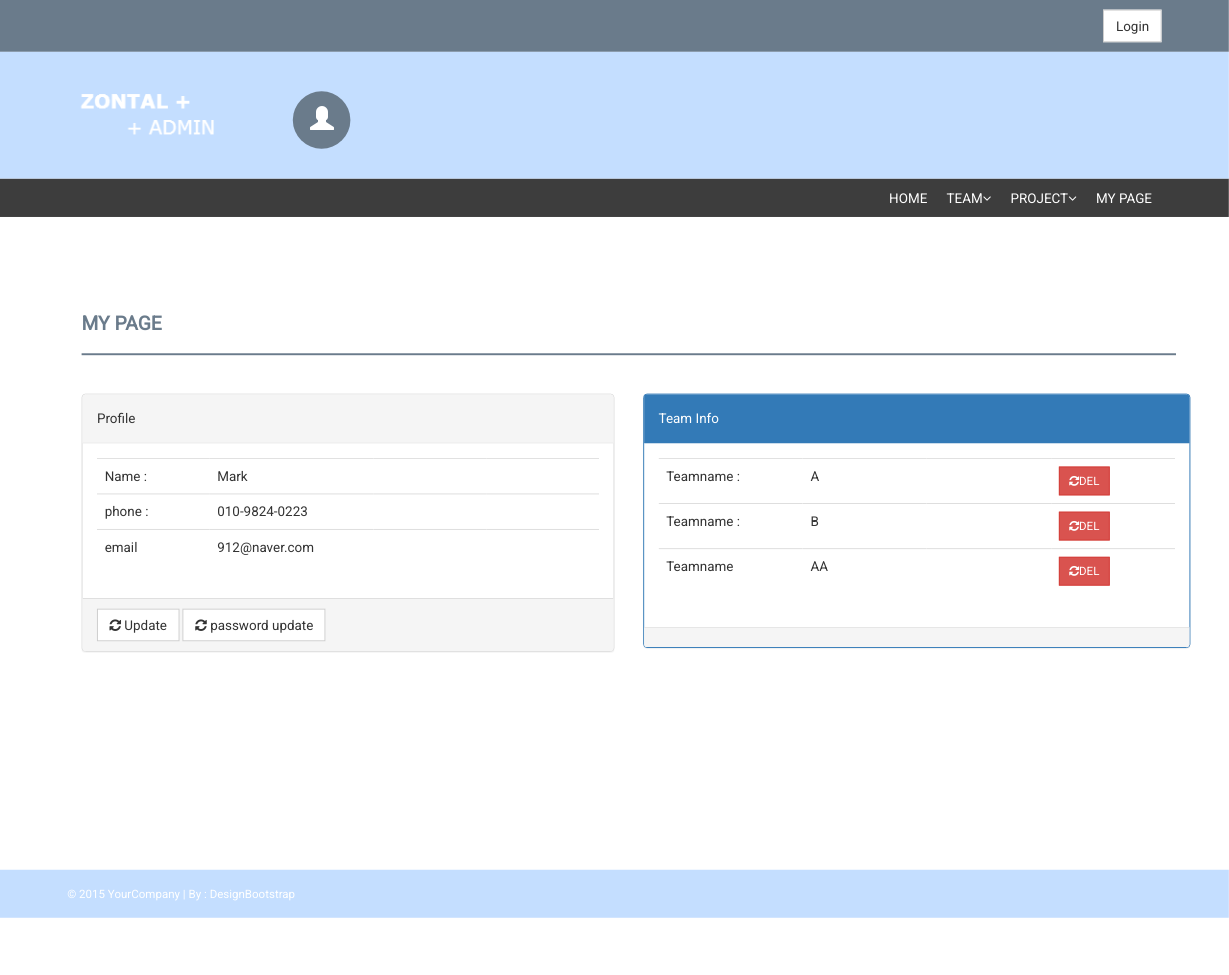
Repository: hwju91/skuniv
Page: http://localhost/0903.2/WEB-INF/jsp/mypage.jsp
These files come from the project's save history. The page is drawn as it stood at one moment and after the next save; the edit follows.
The browser window is 1280 px wide. The pictures show the whole page, at 96% of full size.
The page is served by Tomcat 9. Nobody is signed in. Other server files are loaded and not shown. The template is opened directly, without the code that normally fills it, so the values that code supplies are empty.

Above is the page before, as saved 2016-09-06 10:30:52.

### 0903.2/WebContent/WEB-INF/jsp/mypage.jsp
<%@ page language="java" contentType="text/html; charset=UTF-8"
	pageEncoding="UTF-8"%>
<jsp:include page="header_index.jsp" />
<jsp:include page="nav.jsp" />
<jsp:include page="menu_mypage.jsp" />


 <div class="content-wrapper">
            <div class="container">

            <div class="row">
				<div class="col-md-12">
					<h1 class="page-head-line">My page</h1>
				</div>
			</div>


			 <div class="row">
                <div class="col-md-6 col-sm-6">
                    <div class="panel panel-default">
                        <div class="panel-heading">
                            Profile
                        </div>
                        <div class="panel-body">
                            <div class="table-responsive">
                                <table class="table">
                                    <thead>
                                        <!-- <tr>
                                            <th>#</th>
                                            <th>First Name</th>
                                            <th>Last Name</th>
                                            <th>Username</th>
                                        </tr> -->
                                    </thead>
                                    <tbody>
                                        <tr>
                                            <td>Name :</td>
                                            <td>Mark</td>
                                            <td> </td>
                                            <td> </td>
                                        </tr>
                                        <tr>
                                            <td>phone : </td>
                                            <td>010-9824-0223</td>
                                            <td></td>
                                            <td></td>
                                        </tr>
                                        <tr>
                                            <td>email</td>
                                            <td>912@naver.com</td>
                                            <td></td>
                                            <td></td>
                                        </tr>

                                    </tbody>
                                </table>
                            </div>
                        </div>


                        <div class="panel-footer">
                            <a href="#" class="btn btn-default"><i class=" fa fa-refresh "></i> Update</a>
                            <a href="#" class="btn btn-default"><i class=" fa fa-refresh "></i> password update</a>
                        </div>
                    </div>

                </div>
                <div class="row">
                <div class="col-md-6 col-sm-6">
                    <div class="panel panel-primary">
                        <div class="panel-heading">
                            	Team Info
                        </div>
                         <div class="panel-body">
                            <div class="table-responsive">
                                <table class="table">
                                    <thead>
                                        <!-- <tr>
                                            <th>#</th>
                                            <th>First Name</th>
                                            <th>Last Name</th>
                                            <th>Username</th>
                                        </tr> -->
                                    </thead>
                                    <tbody>
                                        <tr>
                                            <td>Teamname :</td>
                                            <td>A</td>
                                            <td> </td>
                                            <td>  <a href="#" class="btn btn-danger btn-sm"><i class=" fa fa-refresh "></i>DEL</a></td>
                                        </tr>
                                        <tr>
                                            <td>Teamname : </td>
                                            <td>B</td>
                                            <td></td>
                                            <td><a href="#" class="btn btn-danger btn-sm"><i class=" fa fa-refresh "></i>DEL</a></td>
                                        </tr>
                                        <tr>
                                            <td>Teamname</td>
                                            <td>AA</td>
                                            <td></td>
                                            <td><a href="#" class="btn btn-danger btn-sm"><i class=" fa fa-refresh "></i>DEL</a></td>
                                        </tr>

                                    </tbody>
                                </table>
                            </div>
                        </div>
                        <div class="panel-footer">
                        </div>
                    </div>
                </div>
                </div>
               <!--  <div class="col-md-6 col-sm-6">
                    <div class="panel panel-success">
                        <div class="panel-heading">
                            message
                        </div>

                        <div class="panel-footer">
                            Panel Footer
                        </div>
                    </div>
                </div> -->


            <!-- <div class="row">
                <div class="col-md-10 col-sm-10">
                    <div class="panel panel-default">
                        <div class="panel-heading">
                            Basic Tabs
                        </div>
                        <div class="panel-body">
                            <ul class="nav nav-tabs">
                                <li class="active"><a href="#team" data-toggle="tab">Home</a>
                                </li>
                                <li class=""><a href="#profile" data-toggle="tab">Profile</a>
                                </li>
                                <li class=""><a href="#messages" data-toggle="tab">Messages</a>
                                </li>
                                <li class=""><a href="#settings" data-toggle="tab">Settings</a>
                                </li>
                            </ul>

                            <div class="tab-content">
                                <div class="tab-pane fade active in" id="team">
                                    <h4>Home Tab</h4>
                                    <p>Lorem ipsum dolor sit amet, consectetur adipisicing elit, sed do eiusmod tempor incididunt ut labore et dolore magna aliqua. Ut enim ad minim veniam, quis nostrud exercitation ullamco laboris nisi ut aliquip ex ea commodo consequat. Duis aute irure dolor in reprehenderit in voluptate velit esse cillum dolore eu fugiat nulla pariatur. Excepteur sint occaecat cupidatat non proident, sunt in culpa qui officia deserunt mollit anim id est laborum.</p>
                                </div>
                                <div class="tab-pane fade" id="profile">
                                    <h4>Profile Tab</h4>
                                    <p>Lorem ipsum dolor sit amet, consectetur adipisicing elit, sed do eiusmod tempor incididunt ut labore et dolore magna aliqua. Ut enim ad minim veniam, quis nostrud exercitation ullamco laboris nisi ut aliquip ex ea commodo consequat. Duis aute irure dolor in reprehenderit in voluptate velit esse cillum dolore eu fugiat nulla pariatur. Excepteur sint occaecat cupidatat non proident, sunt in culpa qui officia deserunt mollit anim id est laborum.</p>
                                </div>
                                <div class="tab-pane fade" id="messages">
                                    <h4>Messages Tab</h4>
                                    <p>Lorem ipsum dolor sit amet, consectetur adipisicing elit, sed do eiusmod tempor incididunt ut labore et dolore magna aliqua. Ut enim ad minim veniam, quis nostrud exercitation ullamco laboris nisi ut aliquip ex ea commodo consequat. Duis aute irure dolor in reprehenderit in voluptate velit esse cillum dolore eu fugiat nulla pariatur. Excepteur sint occaecat cupidatat non proident, sunt in culpa qui officia deserunt mollit anim id est laborum.</p>
                                </div>
                                <div class="tab-pane fade" id="settings">
                                    <h4>Settings Tab</h4>
                                    <p>Lorem ipsum dolor sit amet, consectetur adipisicing elit, sed do eiusmod tempor incididunt ut labore et dolore magna aliqua. Ut enim ad minim veniam, quis nostrud exercitation ullamco laboris nisi ut aliquip ex ea commodo consequat. Duis aute irure dolor in reprehenderit in voluptate velit esse cillum dolore eu fugiat nulla pariatur. Excepteur sint occaecat cupidatat non proident, sunt in culpa qui officia deserunt mollit anim id est laborum.</p>
                                </div>
                            </div>
                        </div>
                    </div>
                </div>

            </div> -->


        </div><!-- container end -->
    </div><!-- content-wrapper  -->



<jsp:include page="footer.jsp" />

### 0903.2/WebContent/WEB-INF/jsp/header_index.jsp
<%@ page language="java" contentType="text/html; charset=UTF-8"
    pageEncoding="UTF-8"%>
<!DOCTYPE html PUBLIC "-//W3C//DTD HTML 4.01 Transitional//EN" "http://www.w3.org/TR/html4/loose.dtd">
<html>
<head>
    <title>Winder</title>

    <link href="css/bootstrap.css" rel="stylesheet" />
    <link href="css/font-awesome.css" rel="stylesheet" />
    <link href="css/style.css" rel="stylesheet" />

	<style>
		.carousel-inner > .item > img,
		.carousel-inner > .item > a > img {
	      width: 90%;
	      height: 500px;
	      margin: auto;
	    }
	</style>

</head>
</head>

### 0903.2/WebContent/WEB-INF/jsp/nav.jsp
<%@ page language="java" contentType="text/html; charset=UTF-8"
    pageEncoding="UTF-8"%>
<body>
    <header>
        <div class="container">
            <div class="row">
                <div class="col-md-12">
                    <!-- <strong>Email: </strong>info@yourdomain.com
                    &nbsp;&nbsp;
                    <strong>Support: </strong>+90-897-678-44 -->
                    <%
                    if("loginok".equals((String)session.getAttribute("loginchk"))){
                    	%>
                    	<a class="btn btn-default" href="logout">Logout</a>
                    <%}
                    else{
                    %>
                    	<a class="btn btn-default" href="login">Login</a>
                    <% }%>

                </div>

            </div>
        </div>
    </header>
    <!-- HEADER END-->
    <div class="navbar navbar-inverse set-radius-zero">
        <div class="container">
            <div class="navbar-header">
                <button type="button" class="navbar-toggle" data-toggle="collapse" data-target=".navbar-collapse">
                    <span class="icon-bar"></span>
                    <span class="icon-bar"></span>
                    <span class="icon-bar"></span>
                </button>
                <a class="navbar-brand" href="index.html">
                    <img src="img/logo.png" />
                </a>

            </div>

            <div class="left-div">
                <div class="user-settings-wrapper">
                    <ul class="nav">

                        <li class="dropdown">
                            <a class="dropdown-toggle" data-toggle="dropdown" href="#" aria-expanded="false">
                                <span class="glyphicon glyphicon-user" style="font-size: 25px;"></span>
                            </a>
                            <div class="dropdown-menu dropdown-settings" style="color: #fff">
                                <div class="media">
                                    <a class="media-left" href="#">
                                        <img src="img/64-64.jpg" alt="" class="img-rounded" />
                                    </a>
                                    <div class="media-body">
                                        <h4 class="media-heading">Jhon Deo Alex </h4>
                                        <h5>Developer & Designer</h5>

                                    </div>
                                </div>
                                <hr />
                                <h5><strong>Personal Bio : </strong></h5>
                                Anim pariatur cliche reprehen derit.
                                <hr />
                                <a href="#" class="btn btn-info btn-sm">Full Profile</a>&nbsp; <a href="login.html" class="btn btn-danger btn-sm">Logout</a>

                            </div>
                        </li>


                    </ul>
                </div>
            </div>
        </div>
    </div>
    <!-- LOGO HEADER END-->

### 0903.2/WebContent/WEB-INF/jsp/menu_mypage.jsp
<%@ page language="java" contentType="text/html; charset=UTF-8"
    pageEncoding="UTF-8"%>
<%@taglib prefix="c"  uri="http://java.sun.com/jsp/jstl/core" %>
<section class="menu-section">
        <div class="container">
            <div class="row">
                <div class="col-md-12">
                    <div class="navbar-collapse collapse ">
                        <ul id="menu-top" class="nav navbar-nav navbar-right">
                            <li><a class="menu-top" href="home">Home</a></li>
                            <li class="dropdown">
                                <a href="#" class="dropdown-toggle" data-toggle="dropdown">Team<i class="fa fa-angle-down"></i></a>
                                <ul class="dropdown-menu">
                                    <li><a href="teamCreateform">팀 생성</a></li>
                                    <c:forEach items="${teammenu }" var="tmenu">
                                    <li><a href="projectlist?tno=${tmenu.tno }">${tmenu.name }</a></li>
                                    </c:forEach>
                                </ul>
                            </li>
                            <li class="dropdown">
                                <a href="#" class="dropdown-toggle" data-toggle="dropdown">Project<i class="fa fa-angle-down"></i></a>
                                <ul class="dropdown-menu">
                                    <li><a href="projectform">프로젝트 생성</a></li>
                                    <c:forEach items="${projectmenu }" var="pmenu">
                                    <li><a href="projectmain?pno=${pmenu.pno }">${pmenu.name }</a></li>
                                    </c:forEach>
                                </ul>
                            </li>
                             <li><a class="menu-top" href="mypage">My Page</a></li>

                        </ul>
                    </div>
                </div>

            </div>
        </div>
    </section>
    <!-- MENU SECTION END-->
    <div class="content-wrapper">
        <div class="container">

### 0903.2/WebContent/WEB-INF/jsp/footer.jsp
<%@ page language="java" contentType="text/html; charset=UTF-8"
    pageEncoding="UTF-8"%>
 </div>
    </div>
    <!-- CONTENT-WRAPPER SECTION END-->
    <footer>
        <div class="container">
            <div class="row">
                <div class="col-md-12">
                    &copy; 2015 YourCompany | By : <a href="http://www.designbootstrap.com/" target="_blank">DesignBootstrap</a>
                </div>

            </div>
        </div>
    </footer>
    <!-- script -->
<script src="js/jquery-2.2.3.min.js"></script>
<script src="js/bootstrap.js"></script>
</body>
</html>

### 0903.2/WebContent/css/style.css

/*=============================================================
    Authour URL: www.designbootstrap.com

    http://www.designbootstrap.com/

    License: MIT

    http://opensource.org/licenses/MIT

    100% Free To use For Personal And Commercial Use.

    IN EXCHANGE JUST TELL PEOPLE ABOUT THIS WEBSITE

========================================================  */


/* =============================================================
   GENERAL STYLES
 ============================================================ */

@import url(http://fonts.googleapis.com/css?family=Roboto); /* FREE GOOGLE FONT */

body {
    font-family: 'Roboto', sans-serif;
    line-height: 30px;
}

.set-radius-zero {
    border-radius: 0px;
    -moz-border-radius: 0px;
    -webkit-border-radius: 0px;
}

.content-wrapper {
    margin-top: 40px;
    min-height: 600px;
    padding-bottom: 60px;
}

.page-head-line {
    font-weight: 900;
    padding-bottom: 20px;
    border-bottom: 2px solid #6A7B8B;
    text-transform: uppercase;
    color: #6A7B8B;
    font-size: 20px;
    margin-bottom: 40px;
}

.btn {
    border-radius: 0px;
    -webkit-border-radius: 0px;
    -moz-border-radius: 0px;
}

.progress {
    height: 8px;
    border-radius: 0px;
    -webkit-border-radius: 0px;
    -moz-border-radius: 0px;
}
.login-icon {
    height: 60px;
width: 60px;
padding: 13px;
border-radius: 50%;
font-size: 30px;
margin-bottom: 20px;
color: #fff;
text-align: center;
cursor:pointer;
background-color:#6A7B8B;
-webkit-border-radius:50%;
    -moz-border-radius:50%;
}
/* =============================================================
   HEADER SECTION STYLES
 ============================================================ */
header {
    background-color: #6A7B8B;
    color: #fff;
    padding: 10px;
    text-align: right;
}


/* =============================================================
   LOGO SECTION STYLES
 ============================================================ */
.left-div {
    padding-left: 30px;
    margin-top: 40px;
    margin-bottom: 30px;
}

.navbar-brand {
    width: 250px;
    padding-top: 30px;
}

/* USER SETTINGS DIV */
.user-settings-wrapper .nav > li > a {
    position: relative;
    display: block;
    padding: 15px 18px;
    border-radius: 50%;
    -webkit-border-radius: 50%;
    -moz-border-radius: 50%;
    height: 60px;
    width: 60px;
    background-color: #6A7B8B;
    color: #fff;
}

.user-settings-wrapper {
    margin-top: 10px;
}

    .user-settings-wrapper li {
        display: inline-block;
    }

    .user-settings-wrapper .dropdown-settings {
        width: 200px;
        padding: 10px;
    }

    .user-settings-wrapper .nav > li > a:hover,.user-settings-wrapper .nav > li > a:focus {
        text-decoration: none;
        background-color: #C4DEFF!important;
    }

    .user-settings-wrapper img {
        height: 64px;
        width: 64px;
        border: 1px solid #000000;
    }

    .user-settings-wrapper .dropdown-menu {
        margin: 0px;
        border-radius: 0px!important;
        -moz-border-radius: 0px!important;
        -webkit-border-radius: 0px!important;
    }

    .user-settings-wrapper .btn {
        border-radius: 0px!important;
        -moz-border-radius: 0px!important;
        -webkit-border-radius: 0px!important;
    }

    .user-settings-wrapper .media-heading {
        padding-top: 10px;
    }

/* MENU LINKS SECTION*/

.menu-section {
    background-color: #3D3D3D;
}

#menu-top a {
    color: #FFF;
    text-decoration: none;
    font-weight: 500;
    padding: 10px 10px 10px 10px;
    text-transform: uppercase;
}

.menu-top-active {
    background-color: #C4DEFF;
}

.menu-section .nav > li > a:hover,.menu-section .nav > li > a:focus {
    background-color: #6A7B8B!important;
}

.menu-section .dropdown-menu > li > a:hover,.menu-section .dropdown-menu > li > a:focus {
    background-color: #6A7B8B!important;
}

.navbar-inverse {
    background-color: #C4DEFF;
    border-color: transparent;
}

.navbar-toggle {
    background-color: #6A7B8B;
    border: 1px solid #fff;
}

.navbar {
    margin-bottom: 0px;
}
/* =============================================================
   FOOTER SECTION STYLES
 ============================================================ */
footer {
    padding: 10px;
    color: #fff;
    font-size: 12px;
    background-color: #C4DEFF;
}

    footer a, footer a:hover {
        color: #fff;
        text-decoration: none;
    }

/*==============================================
    DASHBOARD  STYLES
 =============================================*/

/* DASHBOARD ICONS */

.bk-clr-one {
    background-color: #B9B739;
}

.bk-clr-two {
    background-color: #F94C4C;
}

.bk-clr-three {
    background-color: #119c7e;
}

.bk-clr-four {
    background-color: #b739b9;
}

.dashboard-div-icon {
    height: 75px;
    width: 75px;
    border: 2px solid #fff;
    padding: 20px;
    border-radius: 50%;
    -webkit-border-radius:50%;
    -moz-border-radius:50%;
    font-size: 30px;
    margin-bottom: 20px;
    color: #fff;
}

.dashboard-div-wrapper {
    border-radius: 5px;
    text-align: center;
    padding: 15px;
    color: #fff;
    margin-bottom: 50px;
}

    .dashboard-div-wrapper .progress {
        height: 2px;
    }

/* NOTICE BOARD */


.notice-board .panel {
    border-radius: 0px;
    -webkit-border-radius: 0px;
    -moz-border-radius: 0px;
}

.notice-board ul {
    padding-left: 0px;
    list-style: none;
}

.notice-board li {
    padding: 10px;
    border-bottom: 1px solid #E5E5E5;
}

    .notice-board li span {
        margin-right: 10px;
        border: 1px solid #DBDBDB;
        padding: 5px;
    }

    .notice-board li a, li a:hover {
        text-decoration: none;
        color: #000;
    }

/* SOCIAL BUTTONS */
.btn-social {
    color: white;
    opacity: 0.8;
}

    .btn-social:hover {
        color: white;
        opacity: 1;
        text-decoration: none;
    }

.btn-facebook {
    background-color: #3b5998;
}

.btn-twitter {
    background-color: #00aced;
}

.btn-linkedin {
    background-color: #0e76a8;
}

.btn-google {
    background-color: #c32f10;
}

Loaded but not shown: 0903.2/WebContent/css/bootstrap.css (library); 0903.2/WebContent/css/font-awesome.css (library); 0903.2/WebContent/js/jquery-2.2.3.min.js (library); 0903.2/WebContent/js/bootstrap.js (library)

After the next save:
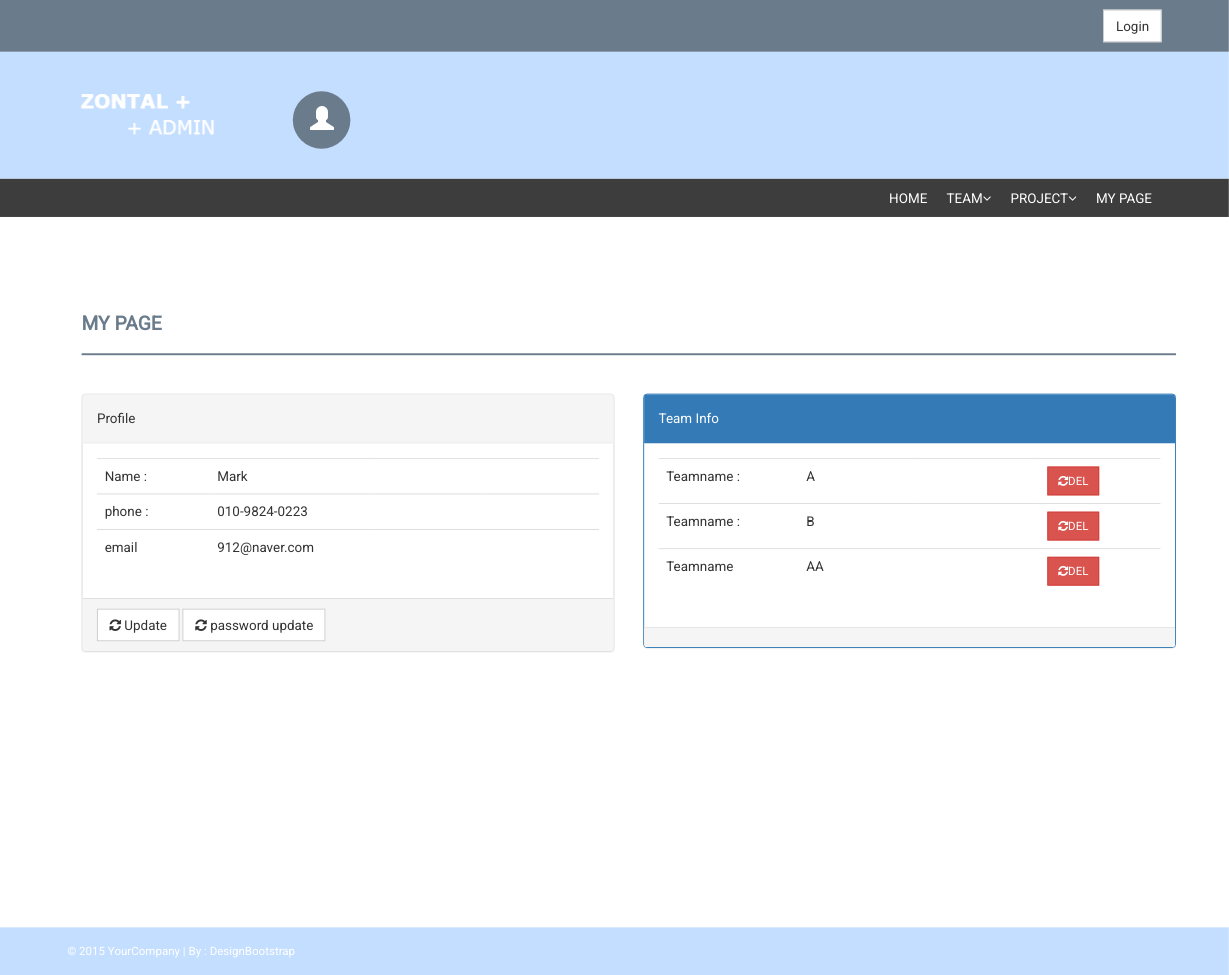
Saved 38 s later.
--- a/0903.2/WebContent/WEB-INF/jsp/mypage.jsp
+++ b/0903.2/WebContent/WEB-INF/jsp/mypage.jsp
@@ -65,7 +65,6 @@
                     </div>
 
                 </div>
-                <div class="row">
                 <div class="col-md-6 col-sm-6">
                     <div class="panel panel-primary">
                         <div class="panel-heading">
